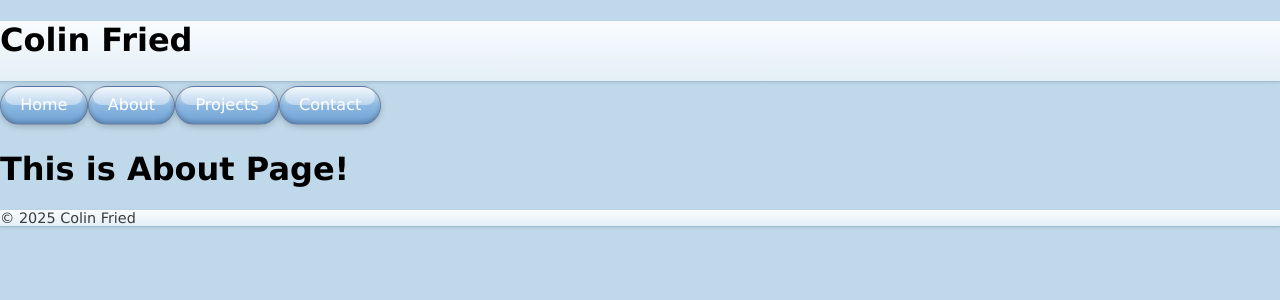
Repository: colinfdsaui/colin
Page: about.html
An editor plug-in stored every save of this project. The page is shown before and after the next save, followed by the edit.
The browser window is 1280 px wide. The pictures show the whole page.

Above is the page before, as saved 2025-07-09 09:38:56.
Console error: TypeError: Cannot read properties of null (reading 'addEventListener')
Not found: style.css

After the next save:
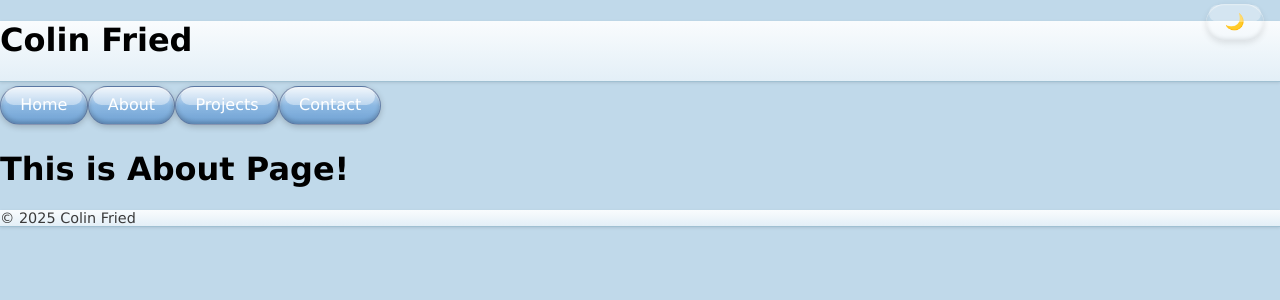
The error is gone.
Saved 27 s later.
--- a/about.html
+++ b/about.html
@@ -31,6 +31,7 @@
         <li><a href="projects.html">Projects</a></li>
         <li><a href="contact.html">Contact</a></li>
       </ul>
+      <button id="theme-toggle" aria-label="Toggle dark mode">🌙</button>
     </nav>
     <div class="body-text"><h1>This is About Page!</h1></div>
   </body>
